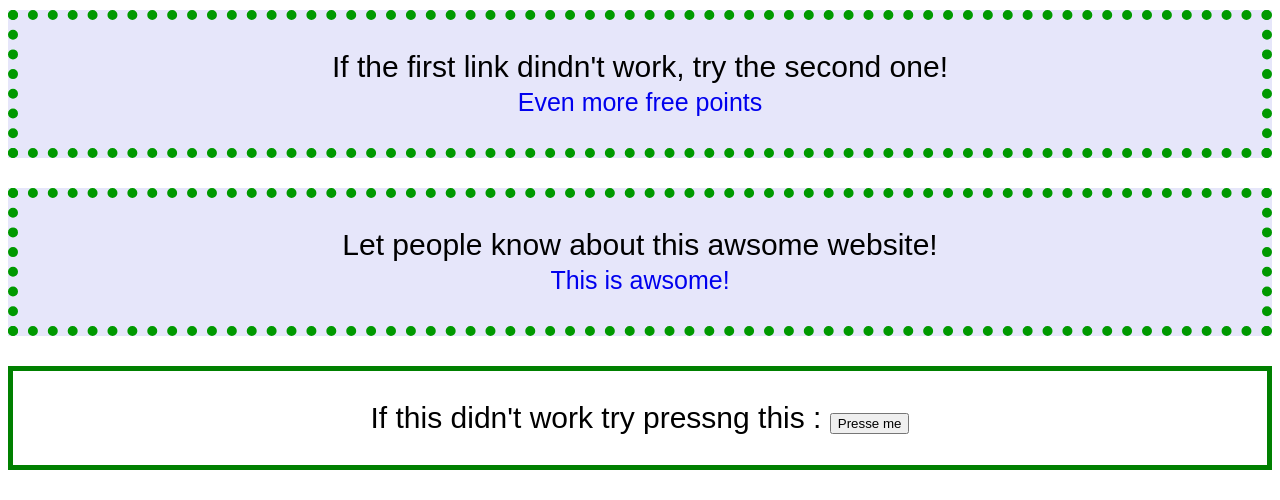
Repository: CountryFalls/POEfansite
Page: index.html
The author's editor kept a record of every edit. The page is drawn from the files as they stood at one moment, then again after the next edit.
The browser window is 1280 px wide. The pictures show the part of the page from y = 558 to 1084 px (the page is 1058 px tall before and 1084 px after).
A picture or video elsewhere on the page could not be fetched, so the positions and the page height are approximate.

Above is the page before.

### index.html
<!DOCTYPE html>
<html>
<head>
    <title>
        Path of Exile clickbait</title>
        <link rel="stylesheet" type="text/css" href="jacobo/styles.css">
        <style>
p {
    color: Black;
    font-size: 30px;
    border: 5px solid green;
    padding: 30px;
    font-family: Arial;
}

a {
    text-decoration: none;
    font-size: 25px;
}

div {
    text-align: center;
  }

.link-sections {
    background-color: lavender;
    }

.link-sections p {
    border: 10px dotted #009900;
}

.link-section a {
    color : forestgreen;
}
img {
    max-width: 1000px;
}
        </style>
</head>
<body>
    <div>
        <img src="https://cdn.flickeringmyth.com/wp-content/uploads/2017/12/Path-of-Exile-logo.jpg"/>
        <p>
           Hello! Here are some free points for POE mtx.
           <br>
           Just click the link below!
        </p>
         <a href="https://www.pathofexile.com/account/create" target="_blank">Get free points</a>
    </div>
     <div class="link-sections">
        <p>
          If the first link dindn't work, try the second one!
          <br>
                    <a href="http://store.steampowered.com/app/238960/Path_of_Exile" target="_blank">Even more free points</a>
        </p>
    </div>
     <div class="link-sections">
        <p>
           Let people know about this awsome website!
           <br>
            <a href="https://www.reddit.com/r/pathofexile/" target="_blank">This is awsome!</a>
        </p>
    </div>
     </div>
     <div>
        <p id="helloText">If this didn't work try pressng this : <button id="myButton">Presse me</button></p>

    </div>
    <scrip>

    </scrip>
</body>
</html>

Loaded but not shown: styles.css (no copy from this time; the picture is the same without it)

After the next edit:
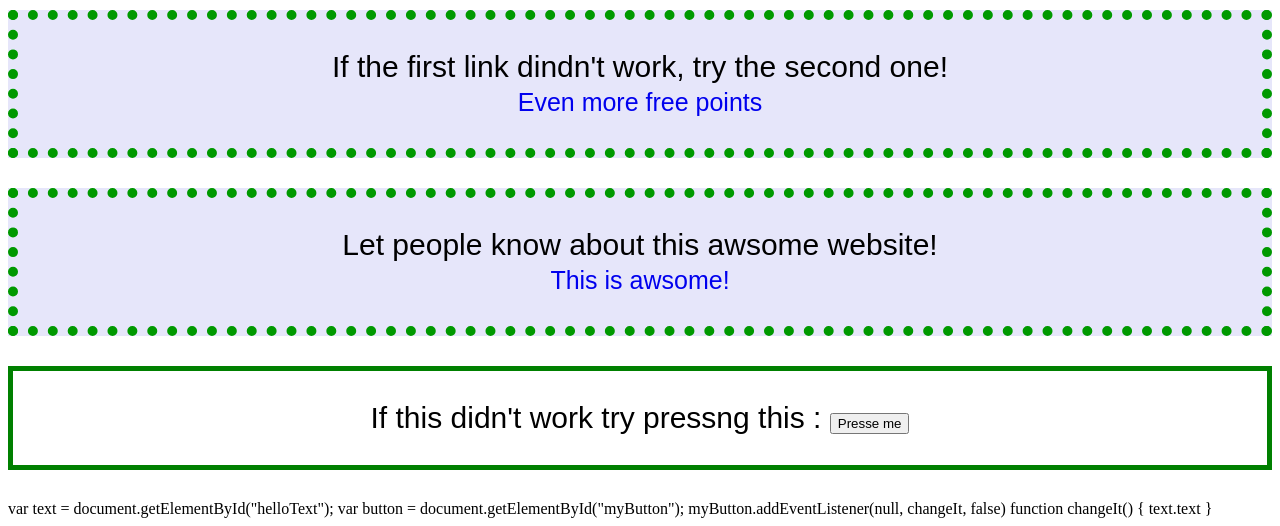
The edit:
--- a/index.html
+++ b/index.html
@@ -68,7 +68,14 @@
 
     </div>
     <scrip>
+        var text = document.getElementById("helloText");
+        var button = document.getElementById("myButton");
 
+        myButton.addEventListener(null, changeIt, false)
+
+        function changeIt() {
+        text.text
+        }
     </scrip>
 </body>
 </html>
